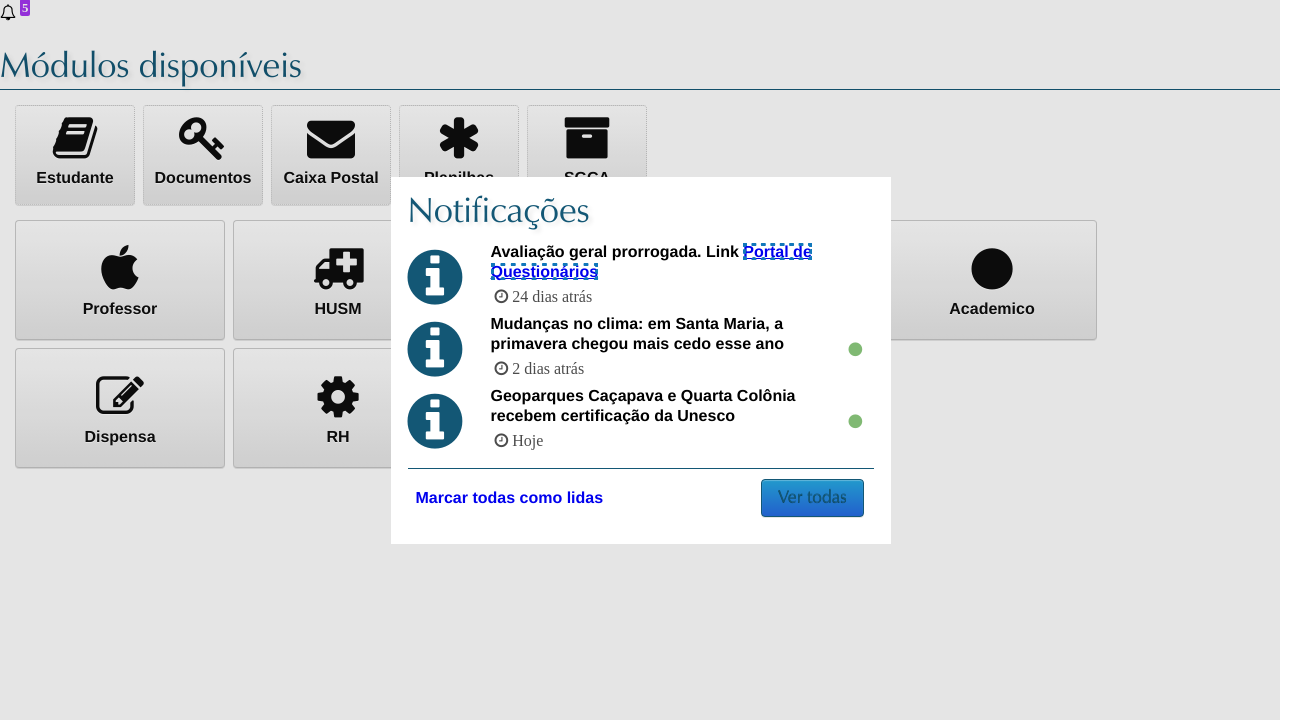
Repository: evertonagilar/study
Page: css/css-notificacao-dialog/index.html
An editor plug-in stored every save of this project. The page is shown before and after a run of saves, followed by the edit.
The browser window is 1280 px wide. The page is 1295 px wide, so the pictures cover 1295 px, including what lies to the right of the window. The pictures show the whole page.
After loading, the first visible `span.dashboard-notificacoes-button` was clicked once.

Above is the page before, as saved 2023-09-11 22:16:43.

### css/css-notificacao-dialog/index.html
<!DOCTYPE html>
<html lang="en">

<head>
    <meta charset="UTF-8">
    <meta name="viewport" content="width=device-width, initial-scale=1.0">
    <title>Aula CSS GRID</title>
    <link rel="stylesheet" href="css/cpd.css">
    <link rel="stylesheet" href="css/style.css">
</head>

<body>
    <span class="dashboard-notificacoes-button icon-bell">
        <sup>5</sup>
    </span>

    <dialog class="dashboard-notificacoes">
        <h2 class="h2 primary text-shadowed margin-bottom">
            Notificações
        </h2>
        <div class="notificacao-list">
            <div class="notificacao" data-id="1">
                <span class="notificacao-icon-type icon-info-sign"></span>
                <div class="notificacao-message">
                    <span class="notificacao-message-text">Avaliação geral prorrogada. Link <a href="#">Portal de
                            Questionários</a></span>
                    <span class="notificacao-message-date icon-time"> 24 dias atrás</span>
                </div>
                <span class="notificao-lida-mark"></span>
            </div>
            <div class="notificacao" data-id="1">
                <span class="notificacao-icon-type icon-info-sign"></span>
                <div class="notificacao-message">
                    <span class="notificacao-message-text">Mudanças no clima: em Santa Maria, a primavera chegou mais
                        cedo esse ano</span>
                    <span class="notificacao-message-date icon-time"> 2 dias atrás</span>
                </div>
                <span class="notificao-lida-mark icon-circle"></span>
            </div>
            <div class="notificacao" data-id="1">
                <span class="notificacao-icon-type icon-info-sign"></span>
                <div class="notificacao-message">
                    <span class="notificacao-message-text">Geoparques Caçapava e Quarta Colônia recebem certificação da Unesco</span>
                    <span class="notificacao-message-date icon-time"> Hoje</span>
                </div>
                <span class="notificao-lida-mark icon-circle"></span>
            </div>
        </div>
        <div class="notificacao-buttons">
            <a class="notificacao-marcar-todas" href="#">Marcar todas como lidas</a>
            <span class="btn primary notificacao-ver-todas">Ver todas</span>
        </div>
    </dialog>

    <h2 class="h2 primary stroked-bottom text-shadowed margin-bottom">
        Módulos disponíveis
    </h2>


    <div class="dashboard-container-favorito">
        <div class="portal">
            <span class="portal-icon icon-book"></span>
            <h3 class="portal-label">Estudante</h3>
        </div>
        <div class="portal">
            <span class="portal-icon icon-key"></span>
            <h3 class="portal-label">Documentos</h3>
        </div>
        <div class="portal">
            <span class="portal-icon icon-envelope"></span>
            <h3 class="portal-label">Caixa Postal</h3>
        </div>
        <div class="portal">
            <span class="portal-icon icon-asterisk"></span>
            <h3 class="portal-label">Planilhas</h3>
        </div>
        <div class="portal">
            <span class="portal-icon icon-archive"></span>
            <h3 class="portal-label">SGCA</h3>
        </div>

    </div>

    <div class="dashboard-container">
        <div class="portal">
            <span class="portal-mini-button fa fa-chain"></span>
            <span class="portal-icon icon-apple"></span>
            <h3 class="portal-label">Professor</h3>
        </div>

        <div class="portal">
            <span class="portal-icon icon-ambulance"></span>
            <h3 class="portal-label">HUSM</h3>
        </div>

        <div class="portal">
            <span class="portal-icon icon-user"></span>
            <h3 class="portal-label">Usuario</h3>
        </div>

        <div class="portal">
            <span class="portal-icon icon-calendar"></span>
            <h3 class="portal-label">Agendamento</h3>
        </div>

        <div class="portal">
            <span class="portal-icon icon-circle"></span>
            <h3 class="portal-label">Academico</h3>
        </div>

        <div class="portal">
            <span class="portal-icon icon-edit"></span>
            <h3 class="portal-label">Dispensa</h3>
        </div>

        <div class="portal">
            <span class="portal-icon icon-cog"></span>
            <h3 class="portal-label">RH</h3>
        </div>

        <div class="portal">
            <span class="portal-icon icon-code-fork"></span>
            <h3 class="portal-label">Projetos</h3>
        </div>

        <div class="portal">
            <span class="portal-icon icon-file-alt"></span>
            <h3 class="portal-label">Biblioteca</h3>
        </div>

    </div>
</body>


<script>

    document.addEventListener("DOMContentLoaded", function () {

        /* Cards */
        const botao = document.querySelectorAll('.portal');
        botao.forEach(btn => {
            const miniButton = btn.querySelector('.portal-mini-button');

            btn.addEventListener('click', () => {
                alert('botao clicked');
            });

            btn.addEventListener('mouseenter', () => {
                if (miniButton) {
                    miniButton.style.visibility = 'visible';
                }
            });

            btn.addEventListener('mouseleave', () => {
                if (miniButton) {
                    miniButton.style.visibility = 'hidden';
                }
            });

        });

        /* Mini Button */
        const miniButtons = document.querySelectorAll('.portal-mini-button');
        miniButtons.forEach(btn => {
            const parentButton = btn.closest('.portal');

            btn.addEventListener("click", (event) => {
                event.stopPropagation();
                alert('mini-button clicked');
            });

            btn.addEventListener("mouseenter", (event) => {
                // alert('mouse enter');
                // parentButton.style.pointerEvents = 'none';

            });

            btn.addEventListener("mouseleave", (event) => {
                // alert('mouse leave');
                // parentButton.style.pointerEvents = 'auto';
            })

        });


        /* Notifications */
        document.querySelector('.dashboard-notificacoes-button').addEventListener("click", (event) => {
            const dialog = document.querySelector('.dashboard-notificacoes');
            dialog.showModal();
        });

        document.querySelector('.dashboard-notificacoes-button').addEventListener("mouseenter", (event) => {
            const dialog = document.querySelector('.dashboard-notificacoes');
            dialog.show();
        });

        document.querySelector('.dashboard-notificacoes-button').addEventListener("mouseleave", (event) => {
            const dialog = document.querySelector('.dashboard-notificacoes');
            dialog.close();
        });


    });



</script>



</html>

### css/css-notificacao-dialog/css/style.css

.dashboard-container {
    width: 100%;
    height: 100%;
    display: flex;
    flex-direction: row;
    flex-wrap: wrap;
    gap: 8px;
    align-items: stretch; /* Centraliza verticalmente */
    justify-content: stretch;
    margin: 15px;
    @media screen and (max-width:34.999999em){
        width: 94%;
    }
}

.dashboard-container-favorito {
    width: 100%;
    height: 100%;
    display: flex;
    flex-direction: row;
    flex-wrap: nowrap;
    gap: 8px;
    align-items: stretch; /* Centraliza verticalmente */
    justify-content: stretch;
    margin: 15px;
}

.portal {
    position: relative;
    cursor: pointer;
    text-align: center;
    --border-radius:.25rem;
    --border-radius-top-left:.25rem;
    --border-radius-top-right:.25rem;
    --border-radius-bottom-right:.25rem;
    --border-radius-bottom-left:.25rem;
    --border-radius-top:.25rem;
    --border-radius-left:.25rem;
    --border-radius-right:.25rem;
    --border-radius-bottom:.25rem;
    border-radius:.25rem;
    border:.065rem solid #ccc;
    border-bottom:.065rem solid #c5c5c5;
    border-right:.065rem solid #cacaca;
    color:#0d0d0d;
    text-shadow:0 .065em 0 #fff;
    box-shadow:0 .065em 0 rgba(0,0,0,0.1),0 .065em .065em 0 rgba(255,255,255,0.3) inset;
    background-image:linear-gradient(to bottom, #fff, #e6e6e6);
    padding: 24px;
    width: 210px;
    height: 120px;
    @media screen and (max-width:34.999999em){
        width: 100%;
    }
}


.portal:hover {
    background:#e6e6e6;
    transition: all .35s ease-in-out;
    box-shadow: 0 .065rem 0 rgba(0,0,0,0.15);
}

.portal:active {
    background:none;
    box-shadow:0 .065em 0 rgba(0,0,0,0.1),.08em .125em .25em rgba(0,0,0,0.3) inset;
    background-color:#f3f3f3;
    transition:none
}

.portal:focus {
    box-shadow:0 0 .5em .25em rgba(205,205,205,0.85)
}

.portal-icon {
    font-size: 3em;
}

.portal-label {
    font-weight: bold;
    margin-top: 6px;
}

.dashboard-container-favorito .portal {
    padding: 8px;
    height: 100px;
    width: 120px;
    @media screen and (max-width:798px) {
        width: auto;
    }
    border-style: dotted;
}

.portal-mini-button {
    position: absolute;
    top: 0;
    right: 0;
    border: none;
    padding: 6px;
    z-index: 100;
    visibility: hidden;
}

.portal-mini-button:hover {
    background-color:#f3f3f3;
    border-radius:.25rem;
    border:.065rem solid #ccc;
    border-bottom:.065rem solid #c5c5c5;
    border-right:.065rem solid #cacaca;
    color:#0d0d0d;
    color: brown;
 }

 .portal-mini-button:active {
    background:none;
    box-shadow:0 .065em 0 rgba(0,0,0,0.1),.08em .125em .25em rgba(0,0,0,0.3) inset;
    background-color:#f3f3f3;
    transition:none
}

.portal-mini-button:focus {
    box-shadow:0 0 .5em .25em rgba(205,205,205,0.85)
}

/* Notificações */

.dashboard-notificacoes-button {
    position: relative;
    cursor: pointer;
}


.dashboard-notificacoes {
    position: absolute;
    left: 1px;
    top: 1px;
    width: 500px;
    transition: all .2s ease;
    z-index: 200;
    border: 1px solid #fff;


}

.dashboard-notificacoes-button sup {
    color: #fff;
    background-color: #a435f0;
    padding: 2px;
    font-weight: bold;
    border-radius: 2px;
    font-size: .8em !important;
}

.notificacao-list {
    display: flex;
    flex-direction: column;
    gap: 2px;
}

.notificacao {
    display: flex;
    flex-direction: row;
    justify-content: flex-start;
    align-items: center;
    gap: 8px;
    flex-wrap: wrap;

}

.notificacao-message {
    display: flex;
    flex-direction: column;
    align-items: flex-start;
    font-weight: bold;
}

.notificacao-icon-type {
    font-size: 64px;
    width: 75px;
    color: #135775;
}

.notificacao-message-text {
    font-weight: 900;
    width: 350px;
}

.notificacao-message-date {
    font-weight: 300;
    padding: 6px 4px;
    color: #4c4c4c;
}

.notificao-lida-mark {
    color: hsla(109, 90%, 27%, 0.565);
}

.notificacao-buttons {
    display: flex;
    justify-content: space-between;
    align-items: center;
    border-top: .065rem solid #135775;
    margin-top: 12px;
    padding: 8px;
}

.notificacao-marcar-todas {
    font-weight: bold;
    text-decoration: none;
}

Loaded but not shown: css/css-notificacao-dialog/css/cpd.css (library)

After the next 2 saves:
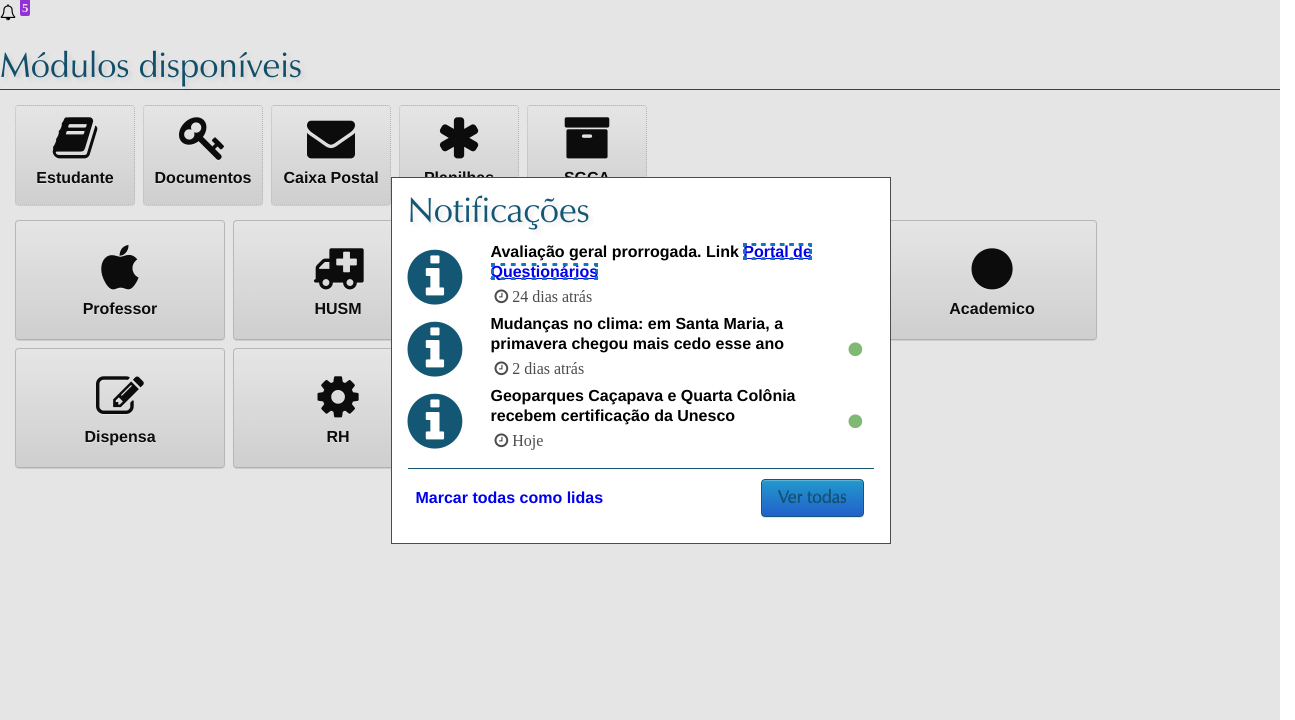
The 2 saves are shown as one change because they came seconds apart.
The last was saved 18 s later.
--- a/css/css-notificacao-dialog/css/style.css
+++ b/css/css-notificacao-dialog/css/style.css
@@ -138,7 +138,7 @@
     width: 500px;
     transition: all .2s ease;
     z-index: 200;
-    border: 1px solid #fff;
+    border: 1px solid #4c4c4c;
 
 
 }
